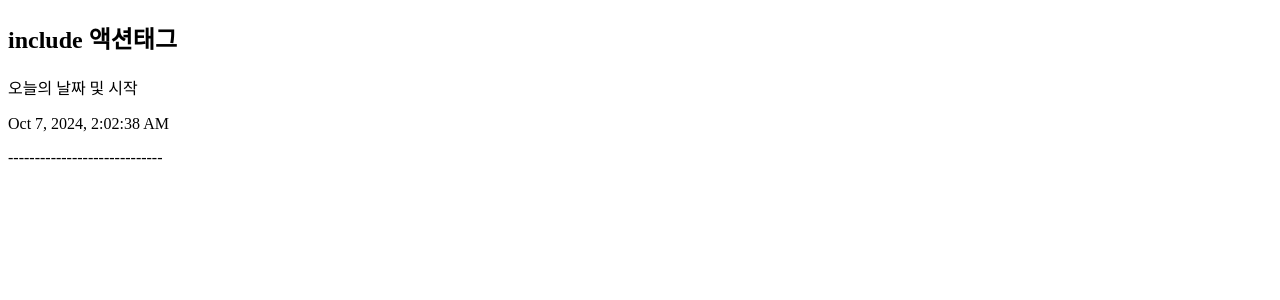
Repository: H-hyeonje/jsp
Page: http://localhost/jsbook/chapter4/4_2.jsp
An editor plug-in stored every save of this project. The page is shown before and after the next save, followed by the edit.
The browser window is 1280 px wide. The pictures show the whole page.
The page is served by Tomcat 10. Other server files are loaded and not shown.

Above is the page before, as saved 2024-10-10 02:09:55.

### jsbook/src/main/webapp/chapter4/4_2.jsp
<%@ page language="java" contentType="text/html; charset=UTF-8"
    pageEncoding="UTF-8"%>
<!DOCTYPE html>
<html>
<head>
<meta charset="UTF-8">
<title>Insert title here</title>
</head>
<body>
	<h2>include 액션태그</h2>
	<jsp:include page="include_date.jsp" flush="false"></jsp:include>
	<p>-----------------------------</p>
</body>
</html>

### jsbook/src/main/webapp/chapter4/include_date.jsp
<%@ page language="java" contentType="text/html; charset=UTF-8"
    pageEncoding="UTF-8"%>
<!DOCTYPE html>
<html>
<head>
<meta charset="UTF-8">
<title>Insert title here</title>
</head>
<body>
	<p>오늘의 날짜 및 시작</p>
	<p><%= (new java.util.Date()).toLocaleString() %>
</body>
</html>

After the next save:
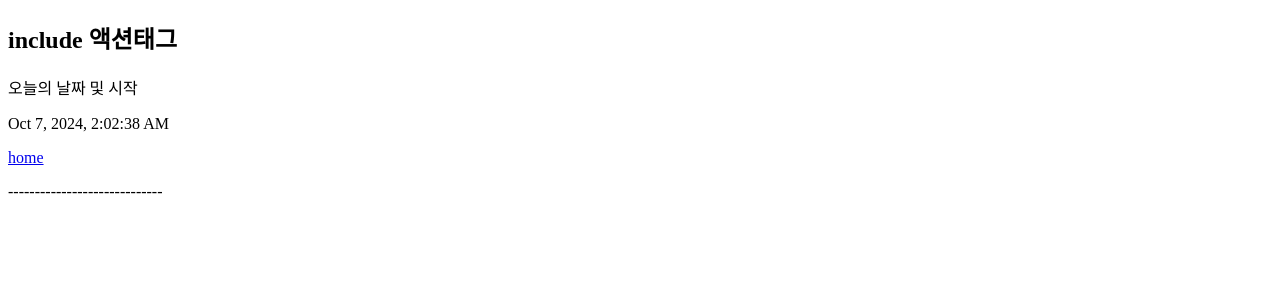
Saved 34 s later.
--- a/jsbook/src/main/webapp/chapter4/include_date.jsp
+++ b/jsbook/src/main/webapp/chapter4/include_date.jsp
@@ -9,5 +9,6 @@
 <body>
 	<p>오늘의 날짜 및 시작</p>
 	<p><%= (new java.util.Date()).toLocaleString() %>
+	<p><a href="home">home</a>
 </body>
 </html>
